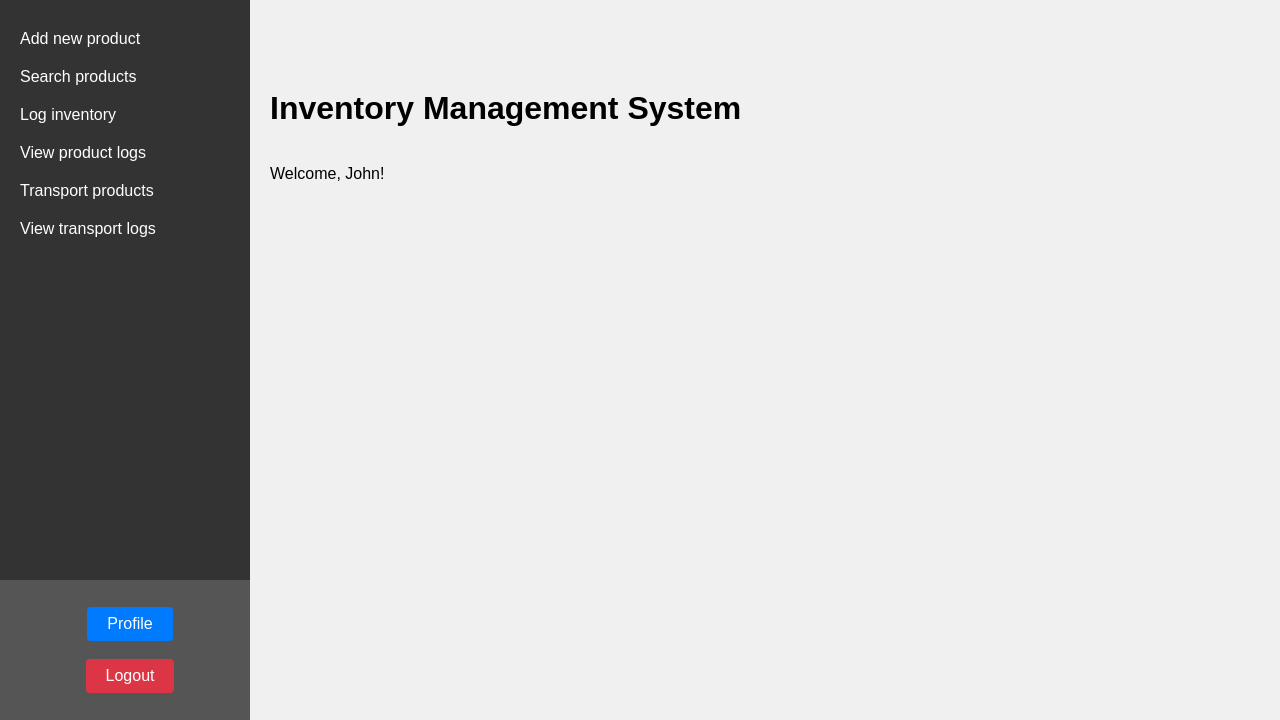
Repository: Warspinix/Flask-Web-Applications
Page: http://localhost/dashboard
These files come from the project's save history. The page is drawn as it stood at one moment and after the next save; the edit follows.
The browser window is 1280 px wide. The pictures show the whole page.
The page is served by the project's application, run on Flask 3 (app.py). The session is filled in as if someone had signed in: {"user_id": 1, "first_name": "John"}.

Above is the page before, as saved 2024-06-13 22:34:08.

### templates/dashboard.html
<!-- dashboard.html -->

<!DOCTYPE html>
<html>

<head>
    <title>Inventory Management System</title>
    <link rel="stylesheet" type="text/css" href="{{ url_for('static', filename='style.css') }}">
</head>

<body>
    <div class="container">
        <!-- Navigation Bar -->
        <nav class="navbar" id="navbar">
            <div class="navbar-container">
                <!-- Functionality list -->
                <ul class="navbar-menu" id="menu">
                    <li><a href="{{ url_for('add_product') }}">Add new product</a></li>
                    <li><a href="{{ url_for('search_products') }}">Search products</a></li>
                    <li><a href="{{ url_for('log_inventory') }}">Log inventory</a></li>
                    <li><a href="{{ url_for('view_product_logs') }}">View product logs</a></li>
                    <li><a href="{{ url_for('transport_products') }}">Transport products</a></li>
                    <li><a href="{{ url_for('view_transport_logs') }}">View transport logs</a></li>
                </ul>

                <div class="profile-logout">
                    <a href="{{ url_for('profile') }}" class="btn btn-primary">Profile</a><br>
                    <a href="{{ url_for('logout') }}" class="btn btn-danger">Logout</a>
                </div>
            </div>
        </nav>
        <div class="content">
            <h1>Inventory Management System</h1>

            <!-- Welcome message -->
            <p>Welcome, {{ first_name }}!</p>
        </div>
    </div>
</body>

</html>

### app.py
from flask import Flask, render_template, redirect, url_for, flash, session
import flask_mysqldb
from flask_wtf import FlaskForm
from wtforms import StringField, PasswordField, SubmitField, IntegerField, SelectField
from wtforms.validators import DataRequired, NumberRange, Optional
import os
import datetime
from flask_bcrypt import Bcrypt

secret_key = os.urandom(24).hex()

app = Flask(__name__)
app.config["SECRET_KEY"] = secret_key
app.config["MYSQL_HOST"] = "localhost"
app.config["MYSQL_USER"] = "root"
app.config["MYSQL_PASSWORD"] = ""
app.config["MYSQL_DB"] = "inventory"

bcrypt = Bcrypt(app)

mysql = flask_mysqldb.MySQL(app)

class RegistrationForm(FlaskForm):
    email = StringField("Email", validators=[DataRequired()])
    first_name = StringField("First Name", validators=[DataRequired()])
    last_name = StringField("Last Name", validators=[DataRequired()])
    password = PasswordField("Password", validators=[DataRequired()])
    submit = SubmitField("Register")

class LoginForm(FlaskForm):
    user_id = StringField("User ID", validators=[DataRequired()])
    password = PasswordField("Password", validators=[DataRequired()])
    submit = SubmitField("Login")

class AddProductForm(FlaskForm):
    product_name = StringField("Product Name", validators=[DataRequired()])
    submit = SubmitField("Add Product")

class SearchForm(FlaskForm):
    search_by = StringField("Search by", validators=[DataRequired()])
    search_term = StringField("Search term", validators=[DataRequired()])
    submit = SubmitField("Search")

class AddToInventoryForm(FlaskForm):
    product_id = StringField("Product ID", validators=[DataRequired()])
    quantity_added = StringField("Quantity to add", validators=[DataRequired()])
    submit = SubmitField("Add to Inventory")

from flask_wtf import FlaskForm
from wtforms import SelectField, StringField, SubmitField
from wtforms.validators import DataRequired, Optional

class ViewProductLogsForm(FlaskForm):
    search_by = SelectField("Search by", choices=[
        ('', 'Select option'),
        ('id', 'Product ID'),
        ('month', 'Month'),
        ('both', 'Both')
    ], validators=[DataRequired()])
    product_id = StringField("Product ID", validators=[Optional()])
    month = SelectField("Select month", choices=[
        ('', 'Select month'),
        ('1', 'January'), ('2', 'February'), ('3', 'March'), ('4', 'April'),
        ('5', 'May'), ('6', 'June'), ('7', 'July'), ('8', 'August'),
        ('9', 'September'), ('10', 'October'), ('11', 'November'), ('12', 'December')
    ], validators=[Optional()])
    submit = SubmitField("View Logs")


class TransportForm(FlaskForm):
    product_id = IntegerField('Product ID', validators=[DataRequired(), NumberRange(min=1)])
    quantity_transported = IntegerField('Quantity to transport', validators=[DataRequired(), NumberRange(min=1)])
    submit = SubmitField('Transport')

class ViewTransportLogsForm(FlaskForm):
    search_by = SelectField("Search by", choices=[('', 'Select option'), ('id', 'Product ID'), ('month', 'Month'), ('both', 'Both')], validators=[DataRequired()])
    product_id = StringField("Product ID", validators=[Optional()])
    month = StringField("Select month", validators=[Optional()])
    submit = SubmitField("View Logs")


@app.route("/")
def index():
    return render_template("index.html")

@app.route("/register", methods=["GET", "POST"])
def register():
    form = RegistrationForm()
    if form.validate_on_submit():
        cur = mysql.connection.cursor()
        cur.execute("SELECT COUNT(*) FROM users")
        count = cur.fetchone()[0] + 1
        user_id = str(datetime.date.today().year) + str(count).zfill(3)
        registration_date = datetime.date.today()
        registration_time = datetime.datetime.now().time()
        hashed_password = bcrypt.generate_password_hash(form.password.data).decode('utf-8')
        cur.execute("INSERT INTO users (id, email, first_name, last_name, password, registration_date, registration_time) VALUES (%s, %s, %s, %s, %s, %s, %s)",
                    (user_id, form.email.data, form.first_name.data, form.last_name.data, hashed_password, registration_date, registration_time))
        mysql.connection.commit()
        # flash("Registration successful! You will be redirected to the home page in 3 seconds.")
        # return render_template("register_success.html")
        return redirect(url_for("index"))
    return render_template("register.html", form=form)

@app.route("/login", methods=["GET", "POST"])
def login():
    form = LoginForm()
    if form.validate_on_submit():
        cur = mysql.connection.cursor()
        print(form.user_id.data)
        print(form.password.data)
        cur.execute("SELECT password, first_name FROM users WHERE email = %s", (form.user_id.data,))
        result = cur.fetchone()
        print(result)
        if result:
            hashed_password = result[0]
            if bcrypt.check_password_hash(hashed_password, form.password.data):
                session['user_id'] = form.user_id.data
                session['first_name'] = result[1]  # Store first name in session
                return redirect(url_for("dashboard"))
            else:
                flash("Invalid user ID or password")
        else:
            flash("Invalid user ID or password")
    return render_template("login.html", form=form)

@app.route("/logout")
def logout():
    session.pop('user_id', None)
    session.pop('first_name', None)
    return redirect(url_for("index"))

@app.route("/dashboard")
def dashboard():
    if 'user_id' not in session:
        return redirect(url_for("login"))
    return render_template("dashboard.html", user_id=session['user_id'], first_name=session['first_name'])

@app.route("/profile")
def profile():
    if 'user_id' not in session:
        return redirect(url_for("login"))
    cur = mysql.connection.cursor()
    cur.execute("SELECT email, first_name, last_name, registration_date FROM users WHERE id = %s", (session['user_id'],))
    result = cur.fetchone()
    if result:
        return render_template("profile.html", email=result[0], first_name=result[1], last_name=result[2], registration_date=result[3])
    else:
        flash("User not found")
        return redirect(url_for("dashboard"))

@app.route("/add_product", methods=["GET", "POST"])
def add_product():
    if 'user_id' not in session:
        return redirect(url_for("login"))
    form = AddProductForm()
    if form.validate_on_submit():
        cur = mysql.connection.cursor()
        cur.execute("INSERT INTO products (name, quantity) VALUES (%s, %s)",
                    (form.product_name.data, 0))
        mysql.connection.commit()
        cur.execute("SELECT id FROM products ORDER BY id DESC LIMIT 1")
        product_id = cur.fetchone()[0]
        flash("Product added successfully! Product ID is " + str(product_id))
    return render_template("add_product.html", form=form, user_id=session['user_id'], first_name=session['first_name'])

@app.route("/search_products", methods=["GET", "POST"])
def search_products():
    if 'user_id' not in session:
        return redirect(url_for("login"))
    form = SearchForm()
    if form.validate_on_submit():
        cur = mysql.connection.cursor()
        if form.search_by.data == "id":
            cur.execute("SELECT * FROM products WHERE id = %s", (form.search_term.data,))
        else:
            cur.execute("SELECT * FROM products WHERE name LIKE %s", ("%" + form.search_term.data + "%",))
        products = cur.fetchall()
        return render_template("search_products.html", form=form, products=products, user_id=session['user_id'], first_name=session['first_name'])
    return render_template("search_products.html", form=form, user_id=session['user_id'], first_name=session['first_name'])

@app.route("/log_inventory", methods=["GET", "POST"])
def log_inventory():
    if 'user_id' not in session:
        return redirect(url_for("login"))
    form = AddToInventoryForm()
    if form.validate_on_submit():
        cur = mysql.connection.cursor()
        cur.execute("SELECT quantity FROM products WHERE id = %s", (form.product_id.data,))
        result = cur.fetchone()
        if result:
            new_quantity = result[0] + int(form.quantity_added.data)
            cur.execute("UPDATE products SET quantity = %s WHERE id = %s", (new_quantity, form.product_id.data))
            mysql.connection.commit()
            cur.execute("INSERT INTO products_log (product_id, quantity_added, log_date, log_time, user_id) VALUES (%s, %s, %s, %s, %s)",
                        (form.product_id.data, form.quantity_added.data, datetime.date.today(), datetime.datetime.now().time(), session['user_id']))
            mysql.connection.commit()
            flash("Inventory updated successfully!")
        else:
            flash("Product not found")
    return render_template("log_inventory.html", form=form, user_id=session['user_id'], first_name=session['first_name'])

@app.route("/view_product_logs", methods=["GET", "POST"])
def view_product_logs():
    if 'user_id' not in session:
        return redirect(url_for("login"))

    form = ViewProductLogsForm()
    product_logs = None

    if form.validate_on_submit():
        search_by = form.search_by.data
        product_id = form.product_id.data
        month = form.month.data

        query = """SELECT pl.product_id, p.name, pl.quantity_added, pl.log_date, pl.log_time,
                          CONCAT(u.first_name, ' ', u.last_name) AS full_name
                   FROM products_log pl
                   JOIN products p ON pl.product_id = p.id
                   JOIN users u ON pl.user_id = u.id"""
        conditions = []
        params = []

        if search_by == 'id':
            conditions.append("pl.product_id = %s")
            params.append(product_id)
        elif search_by == 'month':
            conditions.append("MONTH(pl.log_date) = %s")
            params.append(month)
        elif search_by == 'both':
            conditions.append("pl.product_id = %s AND MONTH(pl.log_date) = %s")
            params.append(product_id)
            params.append(month)

        if conditions:
            query += " WHERE " + " AND ".join(conditions)

        cur = mysql.connection.cursor()
        cur.execute(query, tuple(params))
        product_logs = cur.fetchall()

    return render_template("view_product_logs.html", form=form, product_logs=product_logs, user_id=session['user_id'], first_name=session['first_name'])

@app.route("/transport_products", methods=["GET", "POST"])
def transport_products():
    if 'user_id' not in session:
        return redirect(url_for("login"))
    form = TransportForm()
    if form.validate_on_submit():
        cur = mysql.connection.cursor()
        cur.execute("SELECT quantity FROM products WHERE id = %s", (form.product_id.data,))
        result = cur.fetchone()
        if result:
            current_quantity = result[0]
            if current_quantity >= form.quantity_transported.data:
                new_quantity = current_quantity - form.quantity_transported.data
                cur.execute("UPDATE products SET quantity = %s WHERE id = %s", (new_quantity, form.product_id.data))
                mysql.connection.commit()
                cur.execute("INSERT INTO transports_log (product_id, user_id, quantity_transported, log_date, log_time) VALUES (%s, %s, %s, %s, %s)",
                            (form.product_id.data, session['user_id'], form.quantity_transported.data, datetime.date.today(), datetime.datetime.now().time()))
                mysql.connection.commit()
                flash("Product transported successfully!")
            else:
                flash("Not enough quantity in stock")
        else:
            flash("Product not found")
    return render_template("transport_products.html", form=form, user_id=session['user_id'], first_name=session['first_name'])

@app.route("/view_transport_logs", methods=["GET", "POST"])
def view_transport_logs():
    if 'user_id' not in session:
        return redirect(url_for("login"))
    form = ViewTransportLogsForm()
    transport_logs = None
    if form.validate_on_submit():
        search_by = form.search_by.data
        product_id = form.product_id.data
        month = form.month.data

        query = """SELECT tl.id, tl.product_id, p.name, tl.quantity_transported, tl.log_date, tl.log_time,
                          CONCAT(u.first_name, ' ', u.last_name) AS full_name
                   FROM transports_log tl
                   JOIN products p ON tl.product_id = p.id
                   JOIN users u ON tl.user_id = u.id"""
        params = []

        if search_by == 'id':
            query += " WHERE tl.product_id = %s"
            params.append(product_id)
        elif search_by == 'month':
            query += " WHERE MONTH(tl.log_date) = %s"
            params.append(month)
        elif search_by == 'both':
            query += " WHERE tl.product_id = %s AND MONTH(tl.log_date) = %s"
            params.append(product_id)
            params.append(month)

        cur = mysql.connection.cursor()
        cur.execute(query, tuple(params))
        transport_logs = cur.fetchall()

    return render_template("view_transport_logs.html", form=form, transport_logs=transport_logs, user_id=session['user_id'], first_name=session['first_name'])

if __name__ == "__main__":
    app.run(debug=True)

### static/style.css
/* Reset default styles */
* {
    margin: 0;
    padding: 0;
    box-sizing: border-box;
}

body {
    font-family: Arial, sans-serif;
    background-color: #f0f0f0;
    display: flex;
    flex-direction: column;
    min-height: 100vh;
}

h1 {
    padding-bottom: 1.2em;
}

/* Navigation Bar styles */
.navbar {
    background-color: #333;
    color: #fff;
    position: fixed;
    width: 250px; /* Set the width */
    height: 100%;
    top: 0;
    left: 0;
    z-index: 1000;
    transition: all 0.3s ease;
}

.navbar-container {
    display: flex;
    flex-direction: column;
    height: 100%;
}

.navbar-header {
    display: flex;
    align-items: center;
    justify-content: space-between; /* Adjust spacing */
    margin-bottom: 20px; /* Adjust spacing */
}

.navbar-brand {
    color: #fff;
    text-decoration: none;
    font-size: 1.5rem;
    margin-left: 10px;
}

.navbar-menu {
    list-style-type: none;
    display: flex;
    height: 80svh;
    /* padding: 10px 20px; */
    flex-direction: column;
    margin-top: 20px; /* Push menu items to the bottom */
}

.navbar-menu li {
    margin-right: 0; /* Remove margin */
}

.navbar-menu li a {
    color: #fff;
    text-decoration: none;
}

.navbar-menu li {
    padding: 10px 20px;
    transition: color 0.3s ease;
}

.navbar-menu li:hover {
    background-color: #007bff;
}

/* Profile and logout buttons */
.profile-logout {
    display: flex;
    flex-direction: column;
    background-color: #555555;
    align-items: center;
    justify-content: center;
    text-align: right;
    padding: 10px 40px;
    height: 20svh;
}

.profile-logout a {
    color: #fff;
    text-decoration: none;
    padding: 8px 20px;
    border-radius: 4px;
    margin-left: 10px;
    transition: background-color 0.3s ease;
}

.profile-logout a.btn {
    color: #fff;
    text-decoration: none;
    padding: 8px 20px;
    border-radius: 4px;
    transition: background-color 0.3s ease;
}

.profile-logout a.btn-primary {
    background-color: #007bff;
}

.profile-logout a.btn-danger {
    background-color: #dc3545;
}

.profile-logout a.btn:hover {
    background-color: #0056b3;
}


/* Menu toggle button */
.menu-toggle {
    background: none;
    border: none;
    cursor: pointer;
    display: none;
    padding: 5px;
    position: absolute;
    top: 10px;
    right: 10px;
    z-index: 1500;
}

.menu-toggle span {
    background-color: #fff;
    display: block;
    height: 2px;
    margin-bottom: 4px;
    transition: transform 0.2s ease, background-color 0.2s ease;
    width: 20px;
}

.menu-toggle span:nth-child(1) {
    transform: translateY(6px) rotate(45deg);
}

.menu-toggle span:nth-child(2) {
    opacity: 0;
}

.menu-toggle span:nth-child(3) {
    transform: translateY(-6px) rotate(-45deg);
}

@media screen and (max-width: 768px) {
    .navbar {
        width: 250px;
        transform: translateX(-100%);
        transition: transform 0.3s ease;
    }

    .navbar.active {
        transform: translateX(0);
    }

    .navbar-container {
        flex-direction: row;
    }

    .navbar-header {
        margin-bottom: 20px; /* Adjust spacing */
        width: 100%;
        display: flex;
        justify-content: space-between;
    }

    .navbar-brand {
        margin-bottom: 0; /* Adjust spacing */
    }

    .navbar-menu {
        flex-direction: column;
        margin-top: 0;
        width: 100%;
    }

    .navbar-menu.active {
        flex-direction: column;
    }

    .menu-toggle {
        display: block;
    }

    .profile-logout a {
        margin-left: 10px;
        margin-bottom: 0;
    }
}

/* Side Navigation for small screens */
.side-nav {
    position: fixed;
    top: 0;
    left: -250px;
    width: 250px;
    height: 100%;
    background-color: #333;
    transition: all 0.3s ease;
    z-index: 1200;
}

.side-nav.active {
    left: 0;
}

.side-nav ul {
    list-style-type: none;
    padding: 0;
    margin: 20px 0;
}

.side-nav ul li {
    padding: 10px;
    border-bottom: 1px solid #666;
}

.side-nav ul li a {
    color: #fff;
    text-decoration: none;
    display: block;
    transition: all 0.3s ease;
}

.side-nav ul li a:hover {
    background-color: #007bff;
}

/* Content area */
.content {
    margin-left: 250px; /* Width of the side nav */
    margin-top: 70px;
    padding: 20px;
    flex: 1;
}

/* Form styles */
form {
    background-color: #fff;
    padding: 20px;
    border-radius: 8px;
    box-shadow: 0 4px 6px rgba(0, 0, 0, 0.1);
}

form label {
    font-weight: bold;
}

form input[type="number"],
form select {
    padding: 8px;
    margin-top: 5px;
    width: 100%;
    border: 1px solid #ccc;
    border-radius: 4px;
}

form input[type="submit"] {
    background-color: #007bff;
    color: #fff;
    border: none;
    padding: 10px 20px;
    cursor: pointer;
    margin-top: 10px;
    border-radius: 4px;
    transition: background-color 0.3s ease;
}

form input[type="submit"]:hover {
    background-color: #0056b3;
}

/* Table styles */
table {
    width: 100%;
    margin-top: 20px;
    border-collapse: collapse;
    border-radius: 8px;
    overflow: hidden;
    box-shadow: 0 4px 6px rgba(0, 0, 0, 0.1);
}

table th, table td {
    padding: 12px 15px;
    text-align: left;
    border-bottom: 1px solid #ddd;
}

table th {
    background-color: #007bff;
    color: #fff;
}

After the next save:
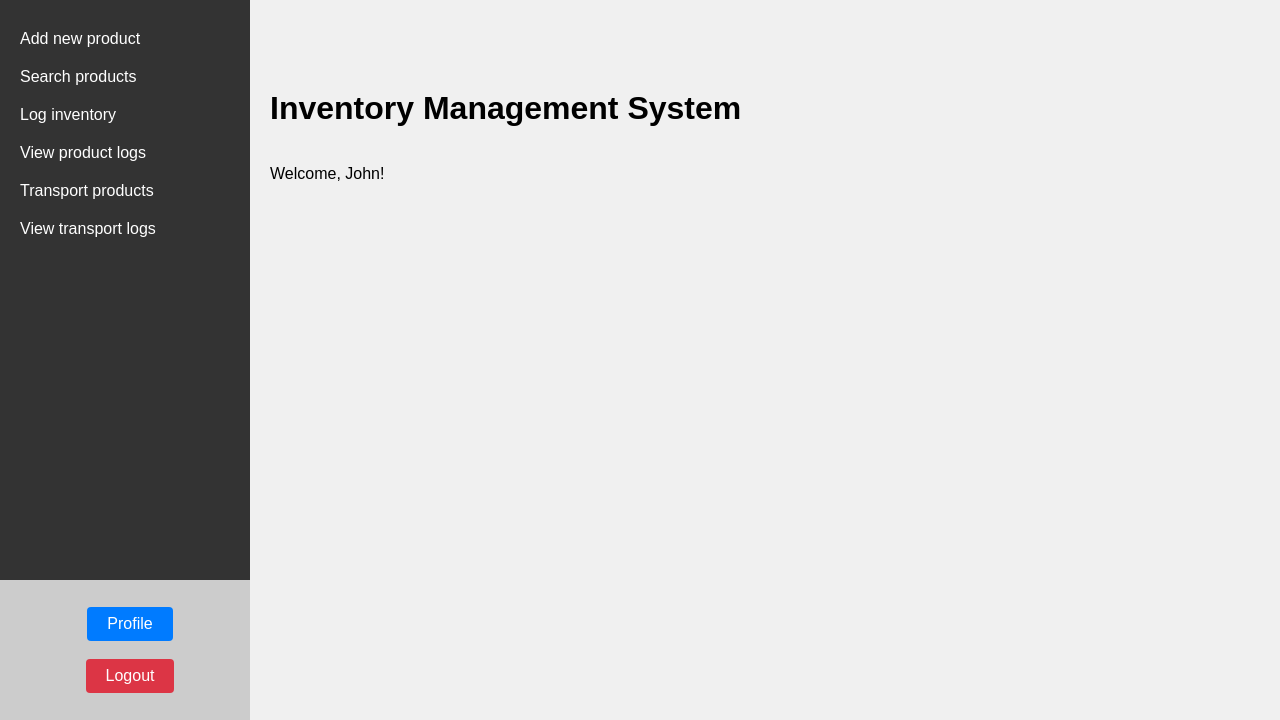
Saved 11 s later.
--- a/static/style.css
+++ b/static/style.css
@@ -81,7 +81,7 @@ h1 {
 .profile-logout {
     display: flex;
     flex-direction: column;
-    background-color: #555555;
+    background-color: #ccc;
     align-items: center;
     justify-content: center;
     text-align: right;
